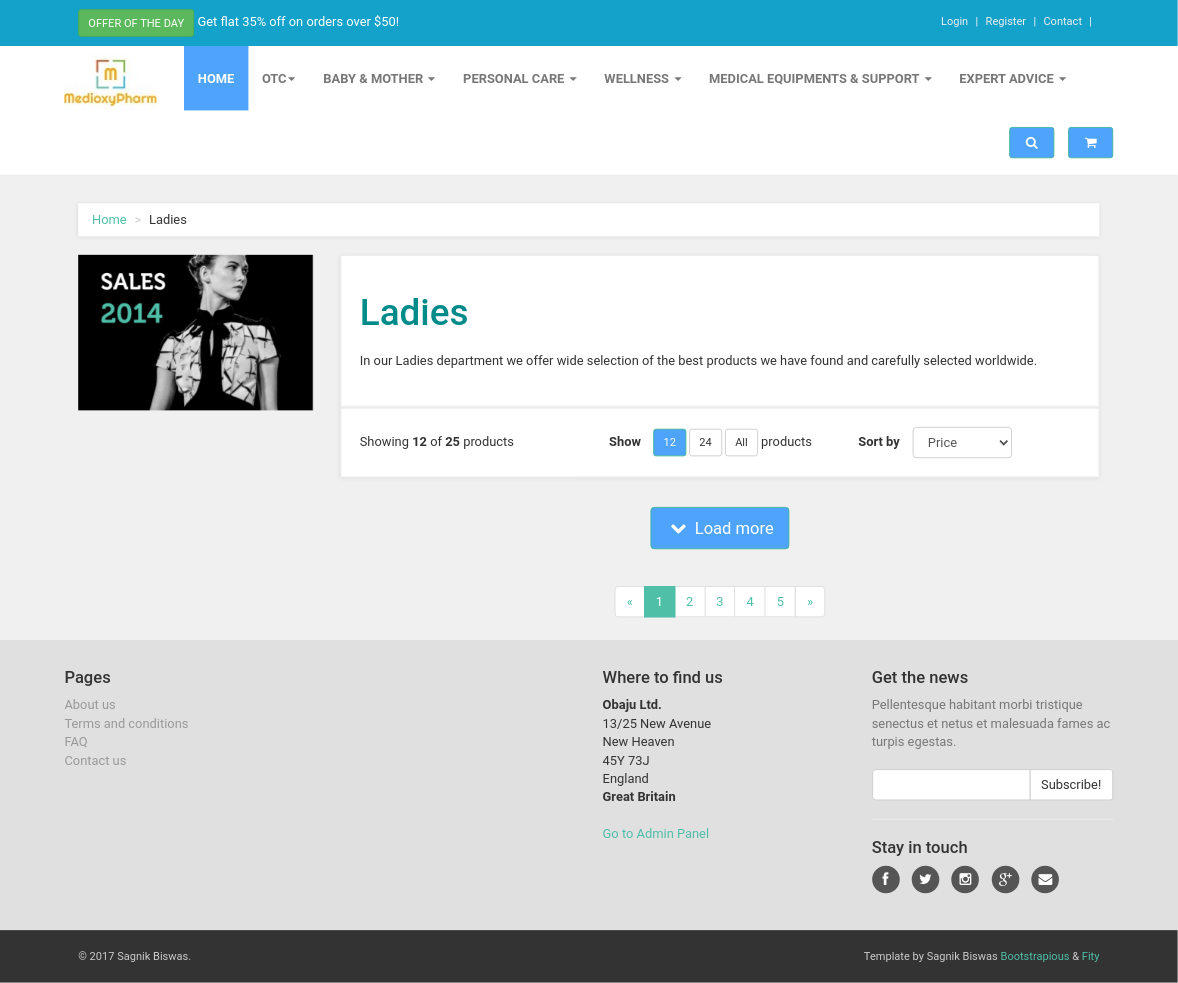
Repository: Sagnikb9/Java-Devops-Ecommerce
Page: http://localhost/MedioxyPharm/WEB-INF/views/product.jsp
An editor plug-in stored every save of this project. The page is shown before and after the next save, followed by the edit.
The browser window is 1280 px wide. The pictures show the whole page, at 92% of full size.
Some web fonts or font styles are not loaded; a fallback is used. The page is served by Tomcat 9. Nobody is signed in. Other server files are loaded and not shown. The template is opened directly, without the code that normally fills it, so the values that code supplies are empty.

Above is the page before, as saved 2017-11-17 23:10:57.

### MedioxyPharm/src/main/webapp/WEB-INF/views/product.jsp
<%@ taglib prefix = "c" uri = "http://java.sun.com/jsp/jstl/core" %>
<jsp:include page="headerContext.jsp"></jsp:include>
<%@ page import="com.*" %>
    <div id="all">

        <div id="content">
            <div class="container">

                <div class="col-md-12">
                    <ul class="breadcrumb">
                        <li><a href="#">Home</a>
                        </li>
                        <li>Ladies</li>
                    </ul>
                </div>

                <div class="col-md-3">




                    <div class="banner">
                        <a href="#">
                            <img src="img/banner.jpg" alt="sales 2014" class="img-responsive">
                        </a>
                    </div>
                </div>

                <div class="col-md-9">
                    <div class="box">
                        <h1>Ladies</h1>
                        <p>In our Ladies department we offer wide selection of the best products we have found and carefully selected worldwide.</p>
                    </div>

                    <div class="box info-bar">
                        <div class="row">
                            <div class="col-sm-12 col-md-4 products-showing">
                                Showing <strong>12</strong> of <strong>25</strong> products
                            </div>

                            <div class="col-sm-12 col-md-8  products-number-sort">
                                <div class="row">
                                    <form class="form-inline">
                                        <div class="col-md-6 col-sm-6">
                                            <div class="products-number">
                                                <strong>Show</strong>  <a href="#" class="btn btn-default btn-sm btn-primary">12</a>  <a href="#" class="btn btn-default btn-sm">24</a>  <a href="#" class="btn btn-default btn-sm">All</a> products
                                            </div>
                                        </div>
                                        <div class="col-md-6 col-sm-6">
                                            <div class="products-sort-by">
                                                <strong>Sort by</strong>
                                                <select name="sort-by" class="form-control">
                                                    <option>Price</option>
                                                    <option>Name</option>
                                                    <option>Sales first</option>
                                                </select>
                                            </div>
                                        </div>
                                    </form>
                                </div>
                            </div>
                        </div>
                    </div>

                    <div class="row products">

                        <div class="col-md-4 col-sm-6">
                            <div class="product">
                            <c:forEach items="${productList}" var="product">
                                <div class="flip-container">
                                    <div class="flipper">
                                        <div class="front">
                                            <a href="<c:url value="details/${product.proId}"/>">
                                                <img src="assets/img/${product.proId}.jpg" alt="" class="img-responsive1">
                                            </a>
                                        </div>
                                            <div class="text">
                                                <h3><a href="<c:url value="details/${product.proId}"/>"><span style="color:#30d4ff">${product.proName}</span></a></h3>
                                                <p class="price"><span style="color:#ff3048">${product.proPrice}</span></p>
                                            </div>
                                    </div>
                                </div>
                              </c:forEach>
                                <!-- /.text -->
                            </div>
                            <!-- /.product -->
                        </div>


                        <!-- /.col-md-4 -->
                    </div>
                    <!-- /.products -->
<div class="product-slider">
                    <c:forEach items="${productList}" var="product">
                        <div class="item">
                            <div class="product">
                                <div class="flip-container">
                                    <div class="flipper">
                                        <div class="">
                                            <a href="<c:url value="details/${product.proId}"/>">
                                                <img src="assets/img/${product.proId}.jpg" alt="" class="img-responsive1">
                                            </a>
                                            <div class="text">
                                                <h3><a href="<c:url value="details/${product.proId}"/>"><span style="color:#30d4ff">${product.proName}</span></a></h3>
                                                <p class="price"><span style="color:#ff3048">${product.proPrice}</span></p>
                                            </div>
                                        </div>

                                    </div>
                                </div>


                                <!-- /.text -->
                            </div>
                            <!-- /.product -->
                        </div>
                        </c:forEach>
                    </div>
                    <div class="pages">

                        <p class="loadMore">
                            <a href="#" class="btn btn-primary btn-lg"><i class="fa fa-chevron-down"></i> Load more</a>
                        </p>

                        <ul class="pagination">
                            <li><a href="#">&laquo;</a>
                            </li>
                            <li class="active"><a href="#">1</a>
                            </li>
                            <li><a href="#">2</a>
                            </li>
                            <li><a href="#">3</a>
                            </li>
                            <li><a href="#">4</a>
                            </li>
                            <li><a href="#">5</a>
                            </li>
                            <li><a href="#">&raquo;</a>
                            </li>
                        </ul>
                    </div>


                </div>
                <!-- /.col-md-9 -->
            </div>
            <!-- /.container -->
        </div>
        <!-- /#content -->

<jsp:include page="footerContext.jsp"></jsp:include>

### MedioxyPharm/src/main/webapp/WEB-INF/views/footerContext.jsp
        <!-- *** FOOTER ***
 _________________________________________________________ -->
        <div id="footer" data-animate="fadeInUp">
            <div class="container">
                <div class="row">
                    <div class="col-md-3 col-sm-6">
                        <h4>Pages</h4>

                        <ul>
                            <li><a href="text.html">About us</a>
                            </li>
                            <li><a href="text.html">Terms and conditions</a>
                            </li>
                            <li><a href="faq.html">FAQ</a>
                            </li>
                            <li><a href="contact">Contact us</a>
                            </li>
                        </ul>



                    </div>
                    <!-- /.col-md-3 -->

                    <div class="col-md-3 col-sm-6">



                        <hr class="hidden-md hidden-lg">

                    </div>
                    <!-- /.col-md-3 -->

                    <div class="col-md-3 col-sm-6">

                        <h4>Where to find us</h4>

                        <p><strong>Obaju Ltd.</strong>
                            <br>13/25 New Avenue
                            <br>New Heaven
                            <br>45Y 73J
                            <br>England
                            <br>
                            <strong>Great Britain</strong>
                        </p>

                        <a href="adminDashboard">Go to Admin Panel</a>

                        <hr class="hidden-md hidden-lg">

                    </div>
                    <!-- /.col-md-3 -->



                    <div class="col-md-3 col-sm-6">

                        <h4>Get the news</h4>

                        <p class="text-muted">Pellentesque habitant morbi tristique senectus et netus et malesuada fames ac turpis egestas.</p>

                        <form>
                            <div class="input-group">

                                <input type="text" class="form-control">

                                <span class="input-group-btn">

			    <button class="btn btn-default" type="button">Subscribe!</button>

			</span>

                            </div>
                            <!-- /input-group -->
                        </form>

                        <hr>

                        <h4>Stay in touch</h4>

                        <p class="social">
                            <a href="#" class="facebook external" data-animate-hover="shake"><i class="fa fa-facebook"></i></a>
                            <a href="#" class="twitter external" data-animate-hover="shake"><i class="fa fa-twitter"></i></a>
                            <a href="#" class="instagram external" data-animate-hover="shake"><i class="fa fa-instagram"></i></a>
                            <a href="#" class="gplus external" data-animate-hover="shake"><i class="fa fa-google-plus"></i></a>
                            <a href="#" class="email external" data-animate-hover="shake"><i class="fa fa-envelope"></i></a>
                        </p>


                    </div>
                    <!-- /.col-md-3 -->

                </div>
                <!-- /.row -->

            </div>
            <!-- /.container -->
        </div>
        <!-- /#footer -->

        <!-- *** FOOTER END *** -->




        <!-- *** COPYRIGHT ***
 _________________________________________________________ -->
        <div id="copyright">
            <div class="container">
                <div class="col-md-6">
                    <p class="pull-left">© 2017 Sagnik Biswas.</p>

                </div>
                <div class="col-md-6">
                    <p class="pull-right">Template by Sagnik Biswas <a href="https://bootstrapious.com/e-commerce-templates">Bootstrapious</a> & <a href="https://fity.cz">Fity</a>
                         <!-- Not removing these links is part of the license conditions of the template. Thanks for understanding :) If you want to use the template without the attribution links, you can do so after supporting further themes development at https://bootstrapious.com/donate  -->
                    </p>
                </div>
            </div>
        </div>
        <!-- *** COPYRIGHT END *** -->



    </div>
    <!-- /#all -->




    <!-- *** SCRIPTS TO INCLUDE ***
 _________________________________________________________ -->
    <script src="<%=request.getContextPath()%>/js/jquery-1.11.0.min.js"></script>
    <script src="<%=request.getContextPath()%>/js/bootstrap.min.js"></script>
    <script src="<%=request.getContextPath()%>/js/jquery.cookie.js"></script>
    <script src="<%=request.getContextPath()%>/js/waypoints.min.js"></script>
    <script src="<%=request.getContextPath()%>/js/modernizr.js"></script>
    <script src="<%=request.getContextPath()%>/js/bootstrap-hover-dropdown.js"></script>
    <script src="<%=request.getContextPath()%>/js/owl.carousel.min.js"></script>
    <script src="<%=request.getContextPath()%>/js/front.js"></script>


</body>

</html>

Loaded but not shown: MedioxyPharm/src/main/webapp/css/font-awesome.css (library); MedioxyPharm/src/main/webapp/css/bootstrap.min.css (library); MedioxyPharm/src/main/webapp/css/animate.min.css (library); MedioxyPharm/src/main/webapp/css/owl.carousel.css (common file); MedioxyPharm/src/main/webapp/css/owl.theme.css (common file); MedioxyPharm/src/main/webapp/css/custom.css (common file); MedioxyPharm/src/main/webapp/js/respond.min.js (library); MedioxyPharm/src/main/webapp/js/jquery-1.11.0.min.js (library); MedioxyPharm/src/main/webapp/js/bootstrap.min.js (library); MedioxyPharm/src/main/webapp/js/jquery.cookie.js (library); MedioxyPharm/src/main/webapp/js/waypoints.min.js (library); MedioxyPharm/src/main/webapp/js/modernizr.js (library); MedioxyPharm/src/main/webapp/js/bootstrap-hover-dropdown.js (library); MedioxyPharm/src/main/webapp/js/owl.carousel.min.js (library); MedioxyPharm/src/main/webapp/js/front.js (237 lines, source omitted); MedioxyPharm/src/main/webapp/css/style.default.css (1689 lines, source omitted); MedioxyPharm/src/main/webapp/WEB-INF/views/headerContext.jsp (394 lines, source omitted)

After the next save:
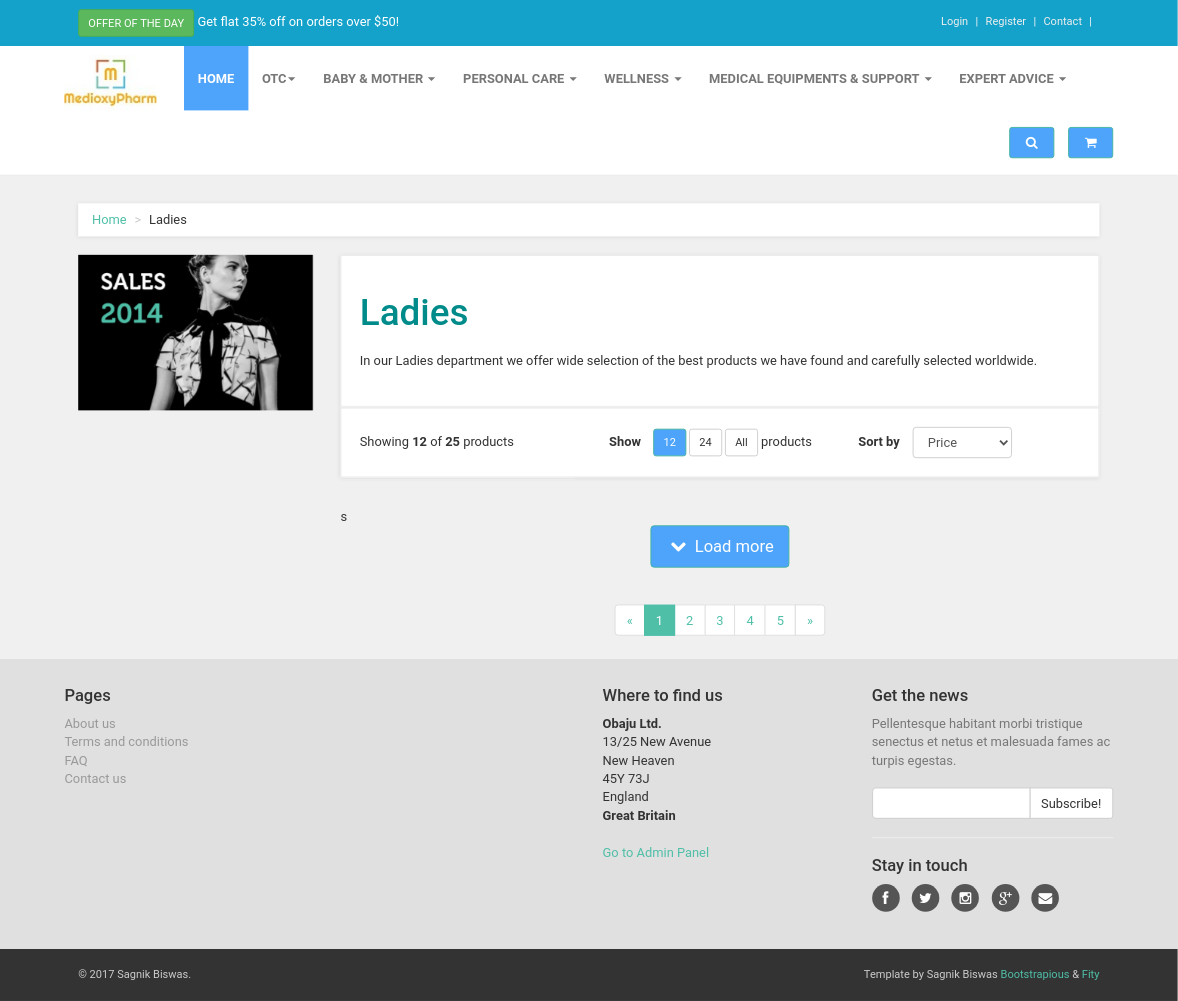
Saved 73 s later.
--- a/MedioxyPharm/src/main/webapp/WEB-INF/views/product.jsp
+++ b/MedioxyPharm/src/main/webapp/WEB-INF/views/product.jsp
@@ -16,7 +16,17 @@
 
                 <div class="col-md-3">
 
+<style>
+ .img-responsive1{
+    display: block;
+    width: 100% \9;
+    max-width: 100%;
+    height: 200px;
+}
 
+
+
+</style>
 
 
                     <div class="banner">
@@ -115,7 +125,7 @@
                             <!-- /.product -->
                         </div>
                         </c:forEach>
-                    </div>
+                    </div>             s
                     <div class="pages">
 
                         <p class="loadMore">
